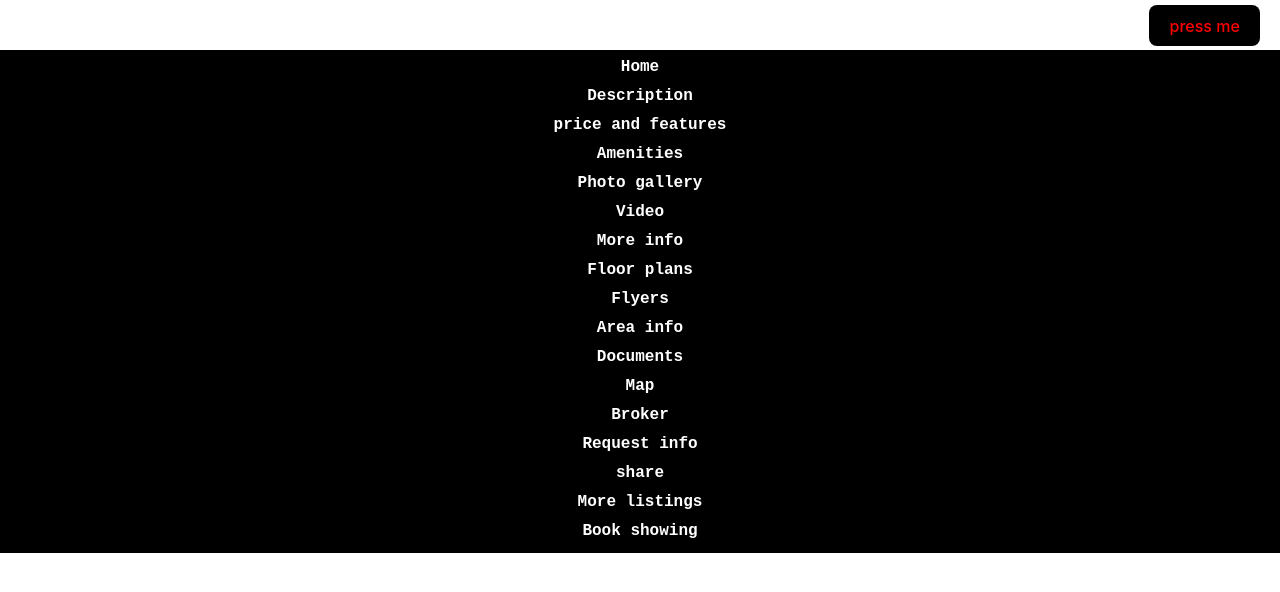
Repository: TMuse333/real-estate-landingpage
Page: /
An editor plug-in stored every save of this project. The page is shown before and after the next save, followed by the edit.
The browser window is 1280 px wide. The pictures show the whole page.
The project was rebuilt for these pictures with package versions that can differ from the ones it lists, and the page was loaded fresh each time. Also part of the build but not shown: vite.config.js.

Above is the page before, as saved 2023-09-19 16:43:04.

After the next save:
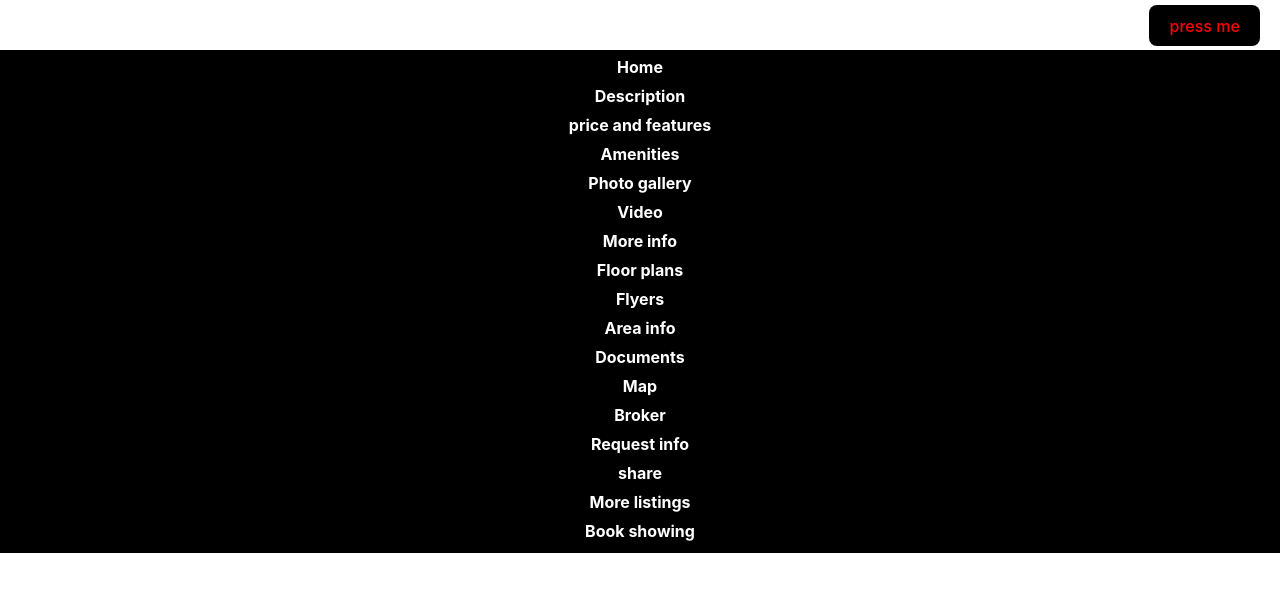
Saved 17 s later.
--- a/src/App.css
+++ b/src/App.css
@@ -26,7 +26,7 @@ width: 100vw;
 
 .nav-list li{
   margin-top: 5px;
-  font-family: 'Courier New', Courier, monospace;
+
   font-weight: bold;
 }
 
